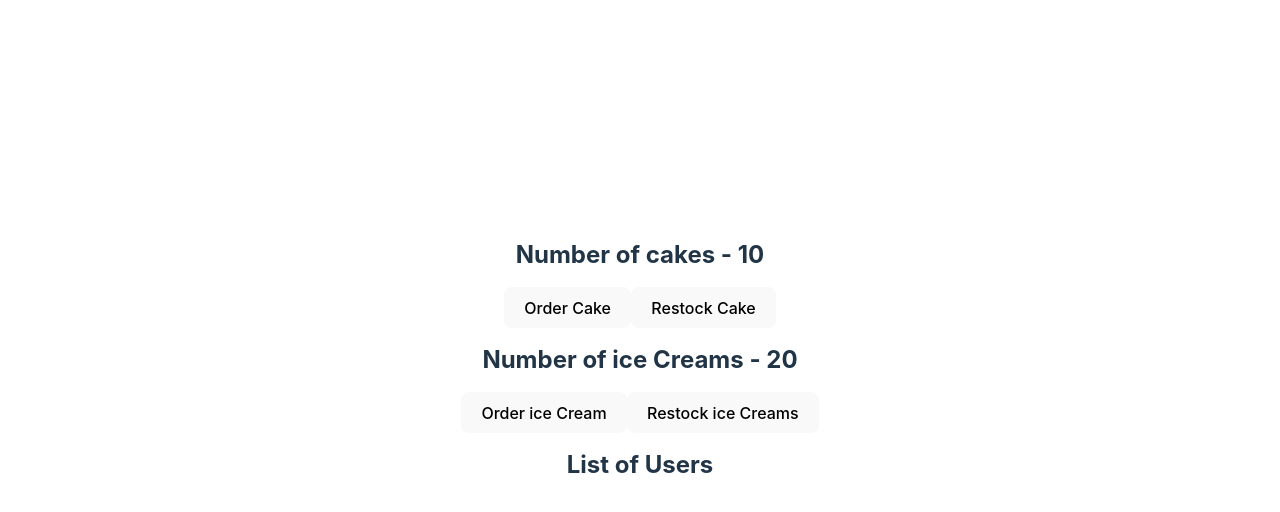
Repository: DESTINYAS/react_redux_rtk
Page: /
These files come from the project's save history. The page is drawn as it stood at one moment and after the next save; the edit follows.
The browser window is 1280 px wide. The pictures show the whole page.
The project was rebuilt for these pictures with package versions that can differ from the ones it lists, and the page was loaded fresh each time. Also part of the build but not shown: vite.config.js.

Above is the page before, as saved 2023-01-16 12:06:04.

### src/main.jsx
import React from "react";
import ReactDOM from "react-dom/client";
import { Provider } from "react-redux";
import store from "./app/store";
import App from "./App";
import "./index.css";

ReactDOM.createRoot(document.getElementById("root")).render(
  <React.StrictMode>
    <Provider store={store}>
      <App />
    </Provider>
  </React.StrictMode>
);

### src/app/store.js
import { configureStore } from "@reduxjs/toolkit";
// const reduxLogger = require("redux-logger");
import cakeReducer from "../features/cake/cakeSlice";
import iceCreamReducer from "../features/iceCream/iceCreamSlice";
import usersReducer from "../features/user/userSlice";

// const logger = reduxLogger.createLogger();

const store = configureStore({
  reducer: {
    cake: cakeReducer,
    iceCream: iceCreamReducer,
    user: usersReducer,
  },
  // middleware: (getDefauktMiddleware) => getDefauktMiddleware().concat(logger),
});

export default store;

### src/App.jsx
import { useState } from "react";
import reactLogo from "./assets/react.svg";
import "./App.css";
import { CakeView } from "./features/cake/cakeView";
import { IceCreamView } from "./features/iceCream/iceCreamView";
import { UserView } from "./features/user/UserView";

function App() {
  const [count, setCount] = useState(0);

  return (
    <div className="App">
      <CakeView />
      <IceCreamView />
      <UserView />
    </div>
  );
}

export default App;

### src/features/cake/cakeSlice.js
import { createSlice } from "@reduxjs/toolkit";

const initialState = {
  numOfCakes: 10,
};

const cakeSlice = createSlice({
  name: "cake",
  initialState,
  reducers: {
    ordered: (state) => {
      state.numOfCakes--;
    },
    restocked: (state, action) => {
      state.numOfCakes += action.payload;
    },
  },
});

export default cakeSlice.reducer;
export const { ordered, restocked } = cakeSlice.actions;

### src/features/iceCream/iceCreamSlice.js
import { createSlice } from "@reduxjs/toolkit";

import { ordered as cakeOrdered } from "../cake/cakeSlice";
const initialState = {
  numOfIceCream: 20,
};

const iceCreamSlice = createSlice({
  name: "iceCream",
  initialState,
  reducers: {
    ordered: (state) => {
      state.numOfIceCream--;
    },
    restocked: (state, actions) => {
      state.numOfIceCream += actions.payload;
    },
  },
  // extraReducers: {
  //   ["cake/ordered"]: (state) => {
  //     state.numOfIceCream--;
  //   },
  // },
  extraReducers: (builder) => {
    builder.addCase(cakeOrdered, (state) => {
      state.numOfIceCream--;
    });
  },
});

export default iceCreamSlice.reducer;
export const { ordered, restocked } = iceCreamSlice.actions;

### src/features/user/userSlice.js
import { createSlice, createAsyncThunk } from "@reduxjs/toolkit";
import axios from "axios";

const initialState = {
  loading: false,
  users: [],
  error: "",
};

// Generates pending, fulfilled and rejected action types
export const fetchUsers = createAsyncThunk("user/fetchUsers", () => {
  return axios
    .get("https://jsonplaceholder.typicode.com/users")
    .then((response) => response.data.map((user) => user.id));
});

const userSlice = createSlice({
  name: "user",
  initialState,
  extraReducers: (builder) => {
    builder.addCase(fetchUsers.pending, (state) => {
      state.loading = true;
    });
    builder.addCase(fetchUsers.fulfilled, (state, action) => {
      (state.loading = false),
        (state.users = action.payload),
        (state.error = "");
    });
    builder.addCase(fetchUsers.rejected, (state, action) => {
      (state.loading = false),
        (state.users = []),
        (state.error = action.error.message);
    });
  },
});

export default userSlice.reducer;

### src/features/cake/cakeView.jsx
import React from "react";
import { useSelector, useDispatch } from "react-redux";
import { ordered, restocked } from "./cakeSlice";

export const CakeView = () => {
  const numOfCakes = useSelector((state) => state.cake.numOfCakes);
  const dispatch = useDispatch();
  return (
    <div>
      <h2>Number of cakes - {numOfCakes}</h2>
      <button onClick={() => dispatch(ordered())}>Order Cake</button>
      <button onClick={() => dispatch(restocked(5))}>Restock Cake</button>
    </div>
  );
};

### src/features/iceCream/iceCreamView.jsx
import React from "react";
import { useSelector, useDispatch } from "react-redux";
import { ordered, restocked } from "./iceCreamSlice";

export const IceCreamView = () => {
  const numOfIceCream = useSelector((state) => state.iceCream.numOfIceCream);
  const dispatch = useDispatch();
  return (
    <div>
      <h2>Number of ice Creams - {numOfIceCream}</h2>
      <button onClick={() => dispatch(ordered())}>Order ice Cream</button>
      <button onClick={() => dispatch(restocked(5))}>Restock ice Creams</button>
    </div>
  );
};

### src/features/user/UserView.jsx
import React from "react";

export const UserView = () => {
  return (
    <div>
      <h2>List of Users</h2>
    </div>
  );
};

Loaded but not shown: index.html (common file); src/index.css (common file); src/App.css (common file)

After the next save:
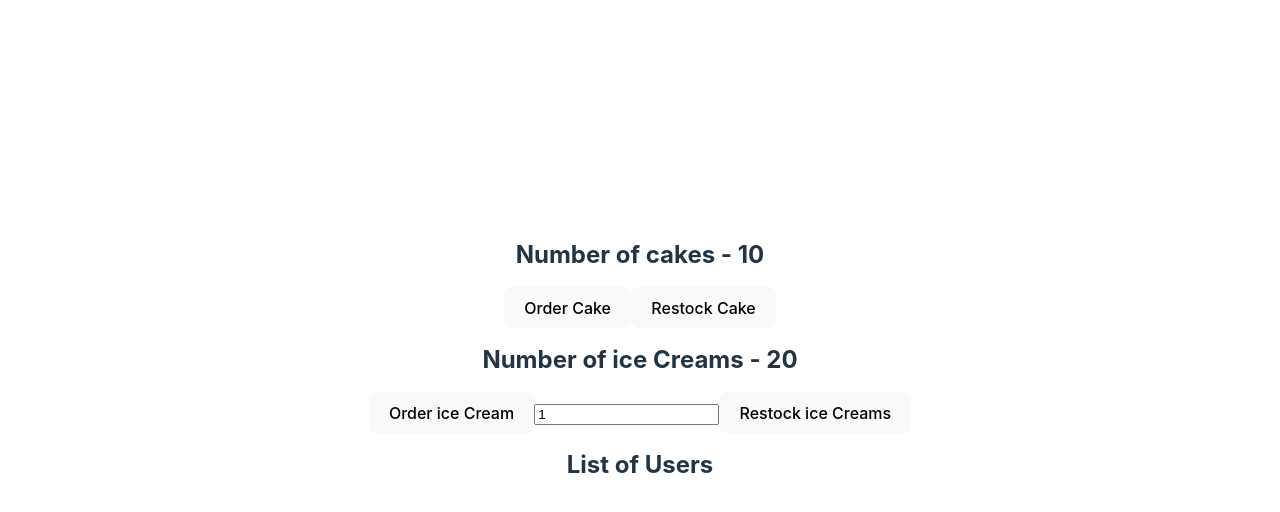
Saved 8 min 33 s later.
--- a/src/features/iceCream/iceCreamView.jsx
+++ b/src/features/iceCream/iceCreamView.jsx
@@ -1,14 +1,20 @@
-import React from "react";
+import React, { useState } from "react";
 import { useSelector, useDispatch } from "react-redux";
 import { ordered, restocked } from "./iceCreamSlice";
 
 export const IceCreamView = () => {
+  const [restockQuantity, setRestockQuantity] = useState(1);
   const numOfIceCream = useSelector((state) => state.iceCream.numOfIceCream);
   const dispatch = useDispatch();
   return (
     <div>
       <h2>Number of ice Creams - {numOfIceCream}</h2>
       <button onClick={() => dispatch(ordered())}>Order ice Cream</button>
+      <input
+        type="number"
+        value={restockQuantity}
+        onChange={(e) => setRestockQuantity(parent(e.target.value))}
+      />
       <button onClick={() => dispatch(restocked(5))}>Restock ice Creams</button>
     </div>
   );
